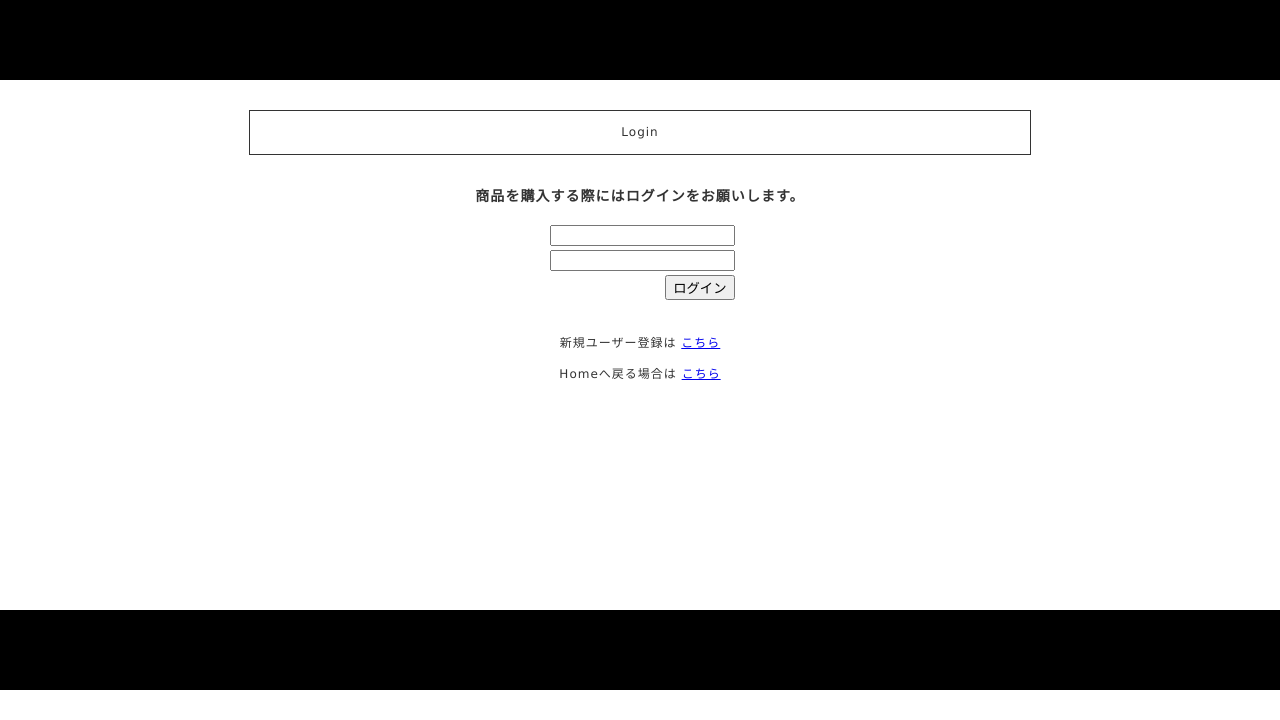
Repository: Hikaru1028/test2
Page: http://localhost/ecsite2/login.jsp
An editor plug-in stored every save of this project. The page is shown before and after the next save, followed by the edit.
The browser window is 1280 px wide. The pictures show the whole page.
The page is served by Tomcat 9. Other server files are loaded and not shown.

Above is the page before, as saved 2019-05-28 02:21:32.

### ecsite2/WebContent/login.jsp

<%@ page language="java" contentType="text/html; charset=UTF-8"
pageEncoding="UTF-8"%>
<%@ taglib prefix="s" uri="/struts-tags"%>
<!DOCTYPE html>
<html>
<head>

      <meta http-equiv="Content-Type" content="text/html; charset=utf-8" />
      <meta http-equiv="Content-Style-Type" content="text/css" />
      <meta http-equiv="Content-Script-Type" content="text/javascript" />
      <meta http-equiv="imagetoolbar" content="no" />
      <meta name="description" content="" />
      <meta name="keywords" content="" />
      <title>Login画面</title>

      <style type="text/css">



body {
margin:0;
padding:0;
line-height:1.6;
letter-spacing:1px;
font-family:Verdana, Helvetica, sans-serif;
font-size:12px;
color:#333;
background:#fff;
}

table {
text-align:center;
margin:0 auto;
}

#top {
width:780px;
margin:30px auto;
border:1px solid #333;
}


#header {
width: 100%;
height: 80px;
background-color: black;
}


#main {
width: 100%;
height: 500px;
text-align: center;
}

#footer {
width: 100%;
height: 80px;
background-color: black;
clear:both;
}

#text-link{
display:inline-block;
text-align:right;
}



       </style>

</head>
<body>

      <div id="header">
           <div id="pr">
           </div>

       </div>
       <div id="main">
               <div id="top">
                        <p>Login</p>

               </div>
                <div>

                     <h3>商品を購入する際にはログインをお願いします。</h3>
                     <s:form action="LoginAction">

                             <s:textfield name="loginUserId"/>
                             <s:password name="loginPassword"/>
                             <s:submit value="ログイン"/>
                     </s:form>
                     <br/>



                    <div>
                            <p>新規ユーザー登録は
                                 <a href='<s:url action="UserCreateAction" />'>こちら</a></p>
                            <p>Homeへ戻る場合は
                                 <a href='<s:url action="GoHomeAction"/>'>こちら</a></p>
                    </div>
             </div>
      </div>
      <div id="footer">
             <div id="pr">
             </div>
      </div>

</body>
</html>

After the next save:
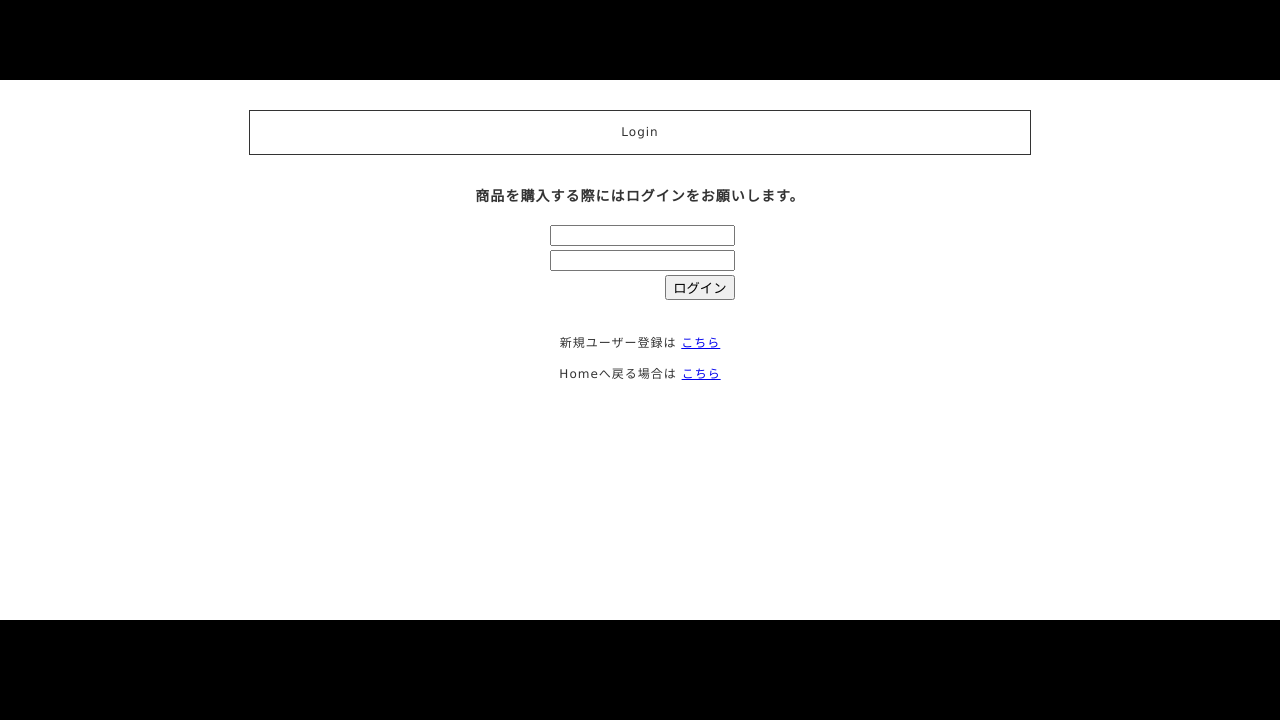
Saved 37 s later.
--- a/ecsite2/WebContent/login.jsp
+++ b/ecsite2/WebContent/login.jsp
@@ -54,12 +54,13 @@
 text-align: center;
 }
 
-#footer {
-width: 100%;
-height: 80px;
-background-color: black;
-clear:both;
-}
+    #footer {
+         width: 100%;
+         background-color: black;
+         height:100px;
+	     position:absolute;
+	     bottom:0;
+         }
 
 #text-link{
 display:inline-block;
